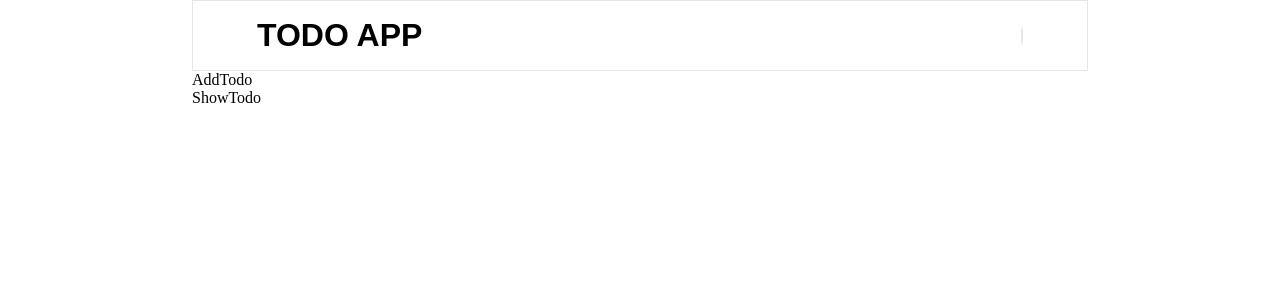
Repository: michalmilek/TodoApp
Page: /
These files come from the project's save history. The page is drawn as it stood at one moment and after the next save; the edit follows.
The browser window is 1280 px wide. The pictures show the whole page.
Some web fonts or font styles are not loaded; a fallback is used. The project was rebuilt for these pictures with package versions that can differ from the ones it lists, and the page was loaded fresh each time. Also part of the build but not shown: vite.config.js.

Above is the page before, as saved 2023-02-01 13:18:05.

### src/App.jsx
import { useState } from "react";
import "./App.css";
import AddTodo from "./components/AddTodo";
import Header from "./components/Header";
import ShowTodo from "./components/ShowTodo";

function App() {
  return (
    <div className="App">
      <Header />
      <AddTodo />
      <ShowTodo />
    </div>
  );
}

export default App;

### src/index.css
@import url(https://fonts.googleapis.com/css?family=Poppins:100,100italic,200,200italic,300,300italic,regular,italic,500,500italic,600,600italic,700,700italic,800,800italic,900,900italic);
@import url(https://fonts.googleapis.com/css?family=Texturina:100,200,300,regular,500,600,700,800,900,100italic,200italic,300italic,italic,500italic,600italic,700italic,800italic,900italic);

*{
  box-sizing: border-box;
  margin: 0;
  padding: 0;
}

body{
  display: flex;
  flex-direction: column;
  align-items: center;
  justify-content: center;
}

### src/App.css
header{
  display: flex;
  justify-content: space-between;
  align-items: center;
  width: 70vw;
  padding: 1rem 4rem;
  border: 1px solid rgb(230, 230, 230);
}

  .logo{
    font-family: 'Texturina', sans-serif;
  }

  .light{
    border-radius: 50%;
    border: 1px solid rgb(230, 230, 230);
    background: #fff;
    height: 20px;
    width: 20px;
    content: '';
  }

### src/components/AddTodo.jsx
import React from "react";

const AddTodo = () => {
  return <div>AddTodo</div>;
};

export default AddTodo;

### src/components/Header.jsx
import React from "react";

const Header = () => {
  return (
    <header>
      <div className="logo">
        <h1>TODO APP</h1>
      </div>
      <div className="themeSelector">
        <span className="light"></span>
        <span className="medium"></span>
        <span className="dark"></span>
        <span className="g1"></span>
        <span className="g2"></span>
        <span className="g3"></span>
      </div>
    </header>
  );
};

export default Header;

### src/components/ShowTodo.jsx
import React from "react";

const ShowTodo = () => {
  return <div>ShowTodo</div>;
};

export default ShowTodo;

Loaded but not shown: index.html (common file); src/main.jsx (common file)

After the next save:
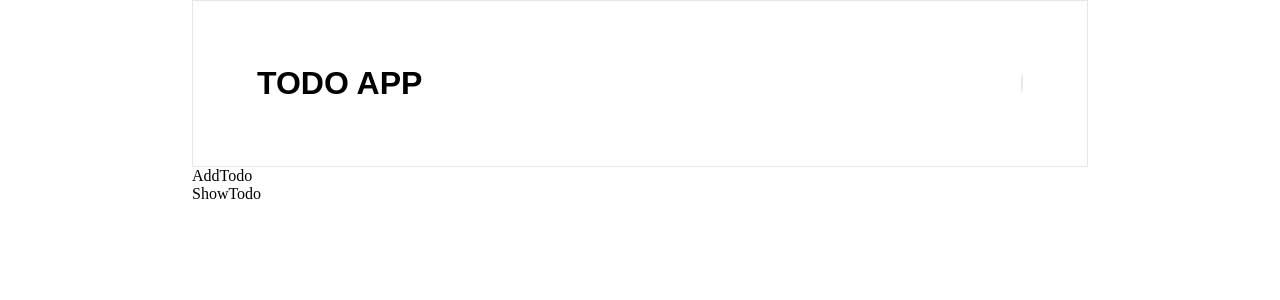
Saved 9 s later.
--- a/src/App.css
+++ b/src/App.css
@@ -3,7 +3,7 @@ header{
   justify-content: space-between;
   align-items: center;
   width: 70vw;
-  padding: 1rem 4rem;
+  padding: 4rem;
   border: 1px solid rgb(230, 230, 230);
 }
 
